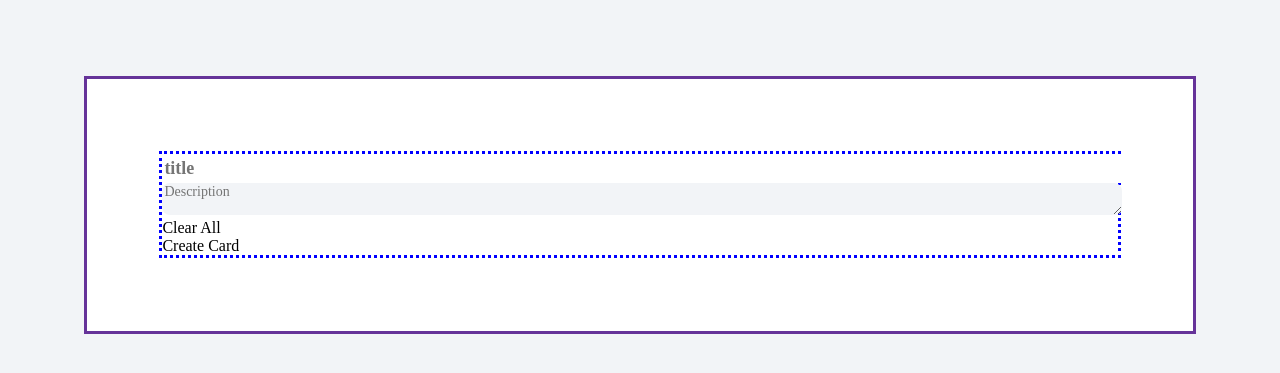
Repository: ReyhanehRahmani/TO-DO
Page: index.html
An editor plug-in stored every save of this project. The page is shown before and after the next save, followed by the edit.
The browser window is 1280 px wide. The pictures show the whole page.

Above is the page before, as saved 2025-06-07 22:22:53.

### index.html
<!DOCTYPE html>

<html lang="en">

    <head>

        <meta name="viewport" content="width=device-width, initial-scale=1.0" />

        <title>TO-DO</title>

        <link rel="icon" type="image/jpg" href="favicon.png">

        <link rel="stylesheet" href="style.css">

    </head>
    <body>
        <div id="main-card">
            <div id="content">
                <div id="title">
                    <input type="text" id="titlebox" minlength="3" maxlength="30" placeholder="title">
                </div>
                <div id="description">
                    <textarea type="text" id="descriptionbox" maxlength="200" placeholder="Description"></textarea>
                </div>
                <div id="buttons">
                    <div id="clear">Clear All</div>
                    <div id="creat">Create Card</div>
                </div>
            </div>
        </div>
    </body>

### style.css
body{
    background-color: #F2F4F7;
}



#main-card{
    margin-left: 6%;
    margin-right: 6%;
    margin-top: 6%;
    background-color: #FFFFFF;
    border: solid rebeccapurple;
}

#content{
    margin-right: 6.557377049%;
    margin-left: 6.557377049%;
    margin-top: 6.557377049%;
    margin-bottom: 6.557377049%;
    border: dotted blue;
}

#titlebox{
    font-family: Poppins;
    font-weight: 700;
    font-size: 18px;
    line-height: 150%;
    letter-spacing: -2%;
    border: none;
    width: 100%;
}

#descriptionbox{
    border: none;
    width: 100%;
    font-family: 'Poppins';
    font-weight: 500;
    font-size: 14px;
    line-height: 100%;
    letter-spacing: -3%;
    height: 29.182879377%;
    border-radius: 8px;
    background: #F2F4F7;

}

After the next save:
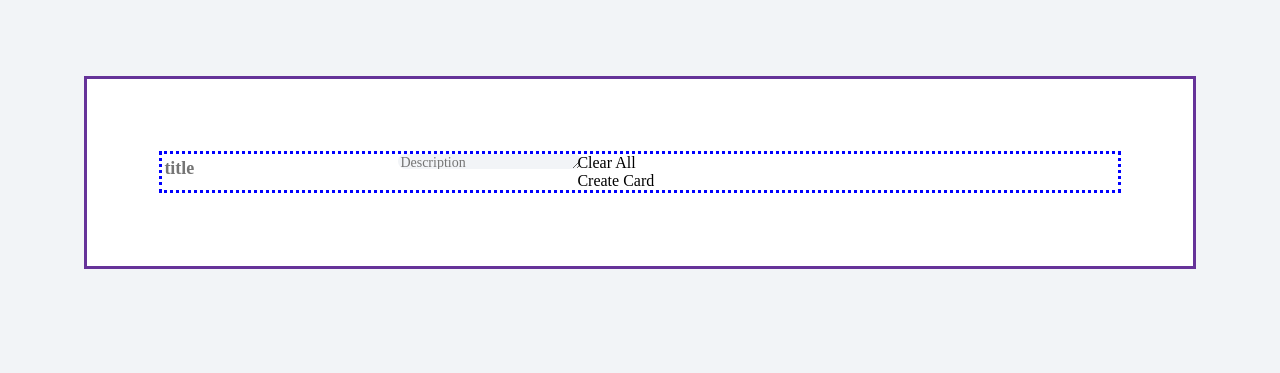
Saved 2 min 32 s later.
--- a/style.css
+++ b/style.css
@@ -43,3 +43,11 @@ body{
     background: #F2F4F7;
 
 }
+
+#content{
+    display: flex;
+}
+
+#buttons{
+
+}

After the save that followed:
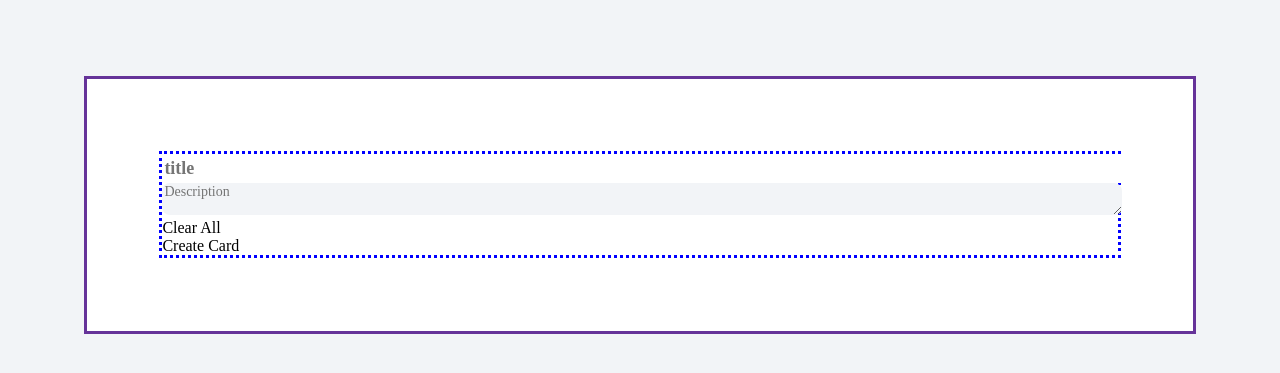
Saved 18 s later.
--- a/style.css
+++ b/style.css
@@ -46,6 +46,8 @@ body{
 
 #content{
     display: flex;
+    flex-direction: column;
+    justify-content: space-between;
 }
 
 #buttons{
